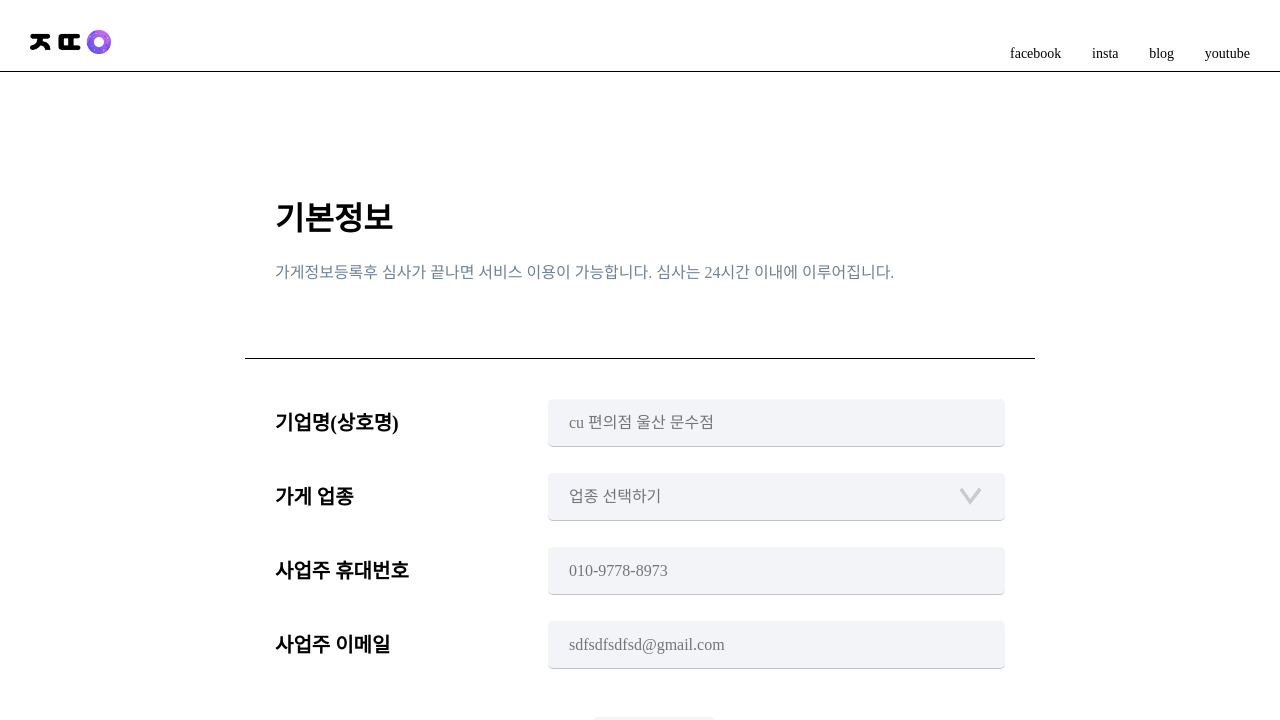
Repository: raoniee/Jaetteoli-React-Project
Page: /register/store
These files come from the project's save history. The page is drawn as it stood at one moment and after the next save; the edit follows.
The browser window is 1280 px wide. The pictures show the whole page.
An inner scrolling area shows only its first screen. Some web fonts or font styles are not loaded; a fallback is used. The project was rebuilt for these pictures with package versions that can differ from the ones it lists, and the page was loaded fresh each time. Also part of the build but not shown: src/component/main/ManageReview.module.css, src/component/main/ReviewContainer.module.css, src/component/main/ReviewItem.module.css, src/component/main/ReviewItem.js, src/component/main/ReviewContainer.js, src/component/sidebar/SideBar.module.css, src/component/sidebar/SideBar.js, src/component/main/ManageReview.js and 51 more.

Above is the page before, as saved 2023-07-06 21:29:07.

### public/index.html
<!DOCTYPE html>
<html lang="en">
<script src="//t1.daumcdn.net/mapjsapi/bundle/postcode/prod/postcode.v2.js"></script>
<head>
  <meta charset="utf-8" />
  <link rel="icon" href="%PUBLIC_URL%/favicon.ico" />
  <meta name="viewport" content="width=device-width, initial-scale=1" />
  <meta name="theme-color" content="#000000" />
  <meta name="description" content="Web site created using create-react-app" />
  <link rel="apple-touch-icon" href="%PUBLIC_URL%/logo192.png" />
  <link rel="manifest" href="%PUBLIC_URL%/manifest.json" />
  <title>재떨이</title>
</head>

<body>
  <div id="overlays"></div>
  <div id="root"></div>
</body>

</html>

### src/App.js
import Header from "./component/header/Header";
import ManageReview from "./component/main/ManageReview";
import TodayMenu from "./component/main/TodayMenu";
import TodayOrder from "./component/main/TodayOrder";
import ManageSale from "./component/main/ManageSale";

// Membership
import MembershipStart from "./component/memberShip/MembershipStart";
import MembershipInformation from "./component/memberShip/MembershipInformation";
import MembershipEnd from "./component/memberShip/MembershipEnd";

// login
import LoginStart from "./component/login/LoginStart";
import IDSearch from "./component/login/IDSearch";
import IDShow from "./component/login/IDShow";
import PasswordNew from "./component/login/PasswordNew";

import Regist1 from "./component/register/Regist1";
import Regist2 from "./component/register/Regist2";
import Regist3 from "./component/register/Regist3";

import { RouterProvider, createBrowserRouter } from "react-router-dom";
import SideBar from "./component/sidebar/SideBar";
import Home from "./component/home/Home";

const router = createBrowserRouter([
  { path: "/", element: <Home /> },
  // Membership
  { path: "/signup/agree", element: <MembershipStart /> },
  { path: "/signup/begin", element: <MembershipInformation /> },
  { path: "/signup/complete", element: <MembershipEnd /> },
  // login
  { path: "/login", element: <LoginStart /> },
  { path: "/help", element: <IDSearch /> },
  { path: "/help/complete", element: <IDShow /> },
  { path: "/help/new-pw", element: <PasswordNew /> },
  //
  { path: "/today/menu", element: <TodayMenu /> },
  { path: "/today/order", element: <TodayOrder /> },
  { path: "/review", element: <ManageReview /> },
  { path: "/sales", element: <ManageSale /> },
  { path: "/register/store", element: <Regist1 /> },
  { path: "/register/menu", element: <Regist2 /> },
  { path: "/register/origin", element: <Regist3 /> },
]);

function App() {
  return <RouterProvider router={router} />;
}

export default App;

### src/store/index.js
import React from 'react';
import { configureStore } from '@reduxjs/toolkit';
import authReducer from './auth'

export default configureStore({
    reducer: {
        auth: authReducer
    },
})

### src/component/header/Header.js
import Nav from './Nav';
import style from './Header.module.css'
import logo from '../../assets/images/logo.png'

const Header = () => {
    return (
        <header>
            <div className={style.logo}>
                <img className={style.logoImg} src={logo}></img>
            </div>
            <Nav />
        </header>
    )
}

export default Header;

### src/store/auth.js
import { createSlice } from '@reduxjs/toolkit';

const initialStateValue = { jwt: '', name: '', firstLogin: 1, menuRegister: 1 }

export const authSlice = createSlice({
    name: "auth",
    initialState: { value: { jwt: '', name: '', firstLogin: 1, menuRegister: 1 } },
    reducers: {
        login: (state, action) => {
            state.value = action.payload
        },
        logout: (state) => {
            state.value = initialStateValue
        }
    },
});

export default authSlice.reducer;
export const { login, logout } = authSlice.actions;

### src/component/header/Nav.js
import style from './Nav.module.css'

const Nav = () => {
    return(
        <nav className={style.nav}>
            <ul className={style.navList}>
                <li>facebook</li>
                <li>insta</li>
                <li>blog</li>
                <li>youtube</li>
            </ul>
        </nav>
    )
}

export default Nav;

### src/component/header/Header.module.css
header {
    font-family: "Pretendard-SemiBold";
    width: 100%;
    height: 72px;
    display: flex;
    align-items: flex-end;
    justify-content: space-between;
    padding: 10px 30px;
    box-sizing: border-box;
    position: fixed;
    top: 0;
    left: 0;
    background-color: white;
    z-index: 1;
    border-bottom: 1px solid black;
}

.logoImg {
    width: 81px;
    height: 24px;
    margin-bottom: 4px;
}

### src/component/footer/Footer.jsx
import React from "react";
import style from "./Footer.module.css";
import { ReactComponent as ArrowDown } from '../../assets/images/arrow_down.svg'

export default function Footer() {
  return (
    <footer>
      <ul className={style.top}>
        <li>이용약관</li>
        <li>개인정보처리방침</li>
        <li>
          <p>자세히</p>
          <ArrowDown></ArrowDown>
        </li>
      </ul>
      <ul className={style.bottom}>
        <li>대표번호 010-9778-8973</li>
        <li>ⓒJaetteoli Corp.</li>
      </ul>
    </footer>
  );
}

### src/component/register/RegistContainer.js
import {BrowserRouter, Routes, Route, useLocation} from 'react-router-dom';
import { Provider } from 'react-redux';
import store from './redux/store';
import styled from "styled-components";

import {useEffect, useRef} from "react";
import Header from "../header/Header";
import Footer from "../footer/Footer";

const RegistContainerStyled = styled.div`
  display: flex;
  flex-direction: column;
  position: fixed;
  top: 72px;
  height: calc(100% - 72px);
  width: 100%;
  overflow: scroll;
`

export default function RegistContainer({ children }) {
    const location = useLocation();
    const ref = useRef(null);

    useEffect(() => {
        if (ref.current) {
            ref.current.scrollTop = 0;
        }
    }, [location]);

    return (
        <Provider store={store}>
            <Header />
            <RegistContainerStyled ref={ref}>
                {children}
                <Footer />
            </RegistContainerStyled>
        </Provider>
    );
}

### src/component/header/Nav.module.css
.nav {
    font-family: "Pretendard-Regular";
    font-size: 14px;
}

.navList {
    width: 240px;
    display: flex;
    justify-content: space-between;
}

### src/component/memberShip/AgreeAlert.module.css
* {
  font-family: "Fira Sans";
  box-sizing: border-box;
}

.wrap {
  position: absolute;
  top: 50%;
  left: 50%;
  transform: translate(-50%, -50%);
  width: 771px;
  height: 568px;
}

.top {
  display: flex;
  justify-content: space-between;
  background-color: #604ef8;
  height: 55.8px;
}

.top .title {
  font-weight: 500;
  font-size: 14px;
  line-height: 55.8px;
  color: #ffffff;
  margin-left: 31px;
}

.top .close {
  margin-top: 22px;
  margin-right: 32px;
  cursor: pointer;
}

.middle {
  background: white;
  padding: 20px 30px;
}

.middle .information ul {
  display: flex;
  margin-bottom: 15px;
}

.middle .information ul li {
  font-weight: 500;
  font-size: 13px;
  line-height: 15.6px;
}

.middle .information ul li:nth-child(1) {
  flex-grow: 15;
}
.middle .information ul li:nth-child(2) {
  text-align: right;
  flex-grow: 1;
}
.middle .information ul li:nth-child(3) {
  text-align: right;
  flex-grow: 1;
}

.middle .information p {
  padding: 10px 7px;
  height: 360.97px;
  font-weight: 400;
  font-size: 11px;
  line-height: 13.2px;
  border: 1px solid #dadada;
  overflow-y: scroll;
}

.bottom {
  position: relative;
  height: 82px;
  background-color: #f6f6f6;
}

.bottom button {
  position: absolute;
  bottom: 21px;
  right: 30.5px;
  width: 97.5px;
  height: 31px;
  border: 1px solid #604ef8;
  border-radius: 5px;
  cursor: pointer;
}

### src/component/footer/Footer.module.css
footer {
  height: 71px;
  font-weight: 300;
  font-size: 13px;
  line-height: 14.3px;
}

footer ul {
  display: flex;
}

.top {
  width: 220px;
  gap: 14px;
  margin: 18px auto 20px auto;
}

.top li {
  display: flex;
}

.top li p {
  margin-right: 10px;
}

.bottom {
  width: 261px;
  gap: 18px;
  margin: 0 auto;
}

### src/component/register/redux/store.js
import { createStore } from 'redux';
import counterReducer from './counterReducer';

const store = createStore(counterReducer);

export default store;

### src/component/register/redux/actionTypes.js

export const STORE_INFO = 'storeInfo';

export const MENU_INFO = 'menuInfo';

export const ORIGIN_INFO = 'originInfo';

### src/component/register/redux/counterReducer.js
import { STORE_INFO, MENU_INFO, ORIGIN_INFO } from './actionTypes';

const initialStoreInfo = {
    companyName: '',
    businessType: '',
    ownerPhoneNumber: '',
    ownerEmail: '',
    businessRegistrationCertificate: '',
    salespersonRegistrationCertificate: '',
    bankStatementCopy: '',
    operatingHours: '',
    closingDays: '',
    storePhoneNumber: '',
    storeAddress: {
        postalCode: '',
        buildingAddress: '',
        detailAddress: '',
    },
    storeLogo: '',
    storeSignboardPhoto: ''
}

const initialMenuInfo = {
    menus: [
        {
            name: '',
            price: 0,
            ingredients: '',
            description: '',
            photo: ''
        }
    ],
    sideMenus: [
    {
        name: '',
        price: 0,
        ingredients: '',
        description: '',
        photo: ''
    }
    ]
}

const initialOriginInfo = {
    products: [
        {
            name: '',
            origin: '',
            foodName: ''
        }
    ]
};


const initialState = {
    STORE_INFO: initialStoreInfo,
    MENU_INFO: initialMenuInfo,
    ORIGIN_INFO: initialOriginInfo
};

export default function counterReducer(state = initialState, action) {
    const { type, ...data } = action;
    switch (type) {
        case STORE_INFO:
            return {
                ...state, STORE_INFO: { ...state.STORE_INFO, ...data } };
        case MENU_INFO:
            return { ...state, MENU_INFO: { ...state.MENU_INFO, ...data } };
        case ORIGIN_INFO:
            return { ...state, ORIGIN_INFO: { ...state.ORIGIN_INFO, ...data } };
        default:
            return state;
    }
}

Loaded but not shown: src/index.js (common file); src/index.css (common file); src/component/register/Regist1.js (717 lines, source omitted)

After the next save:
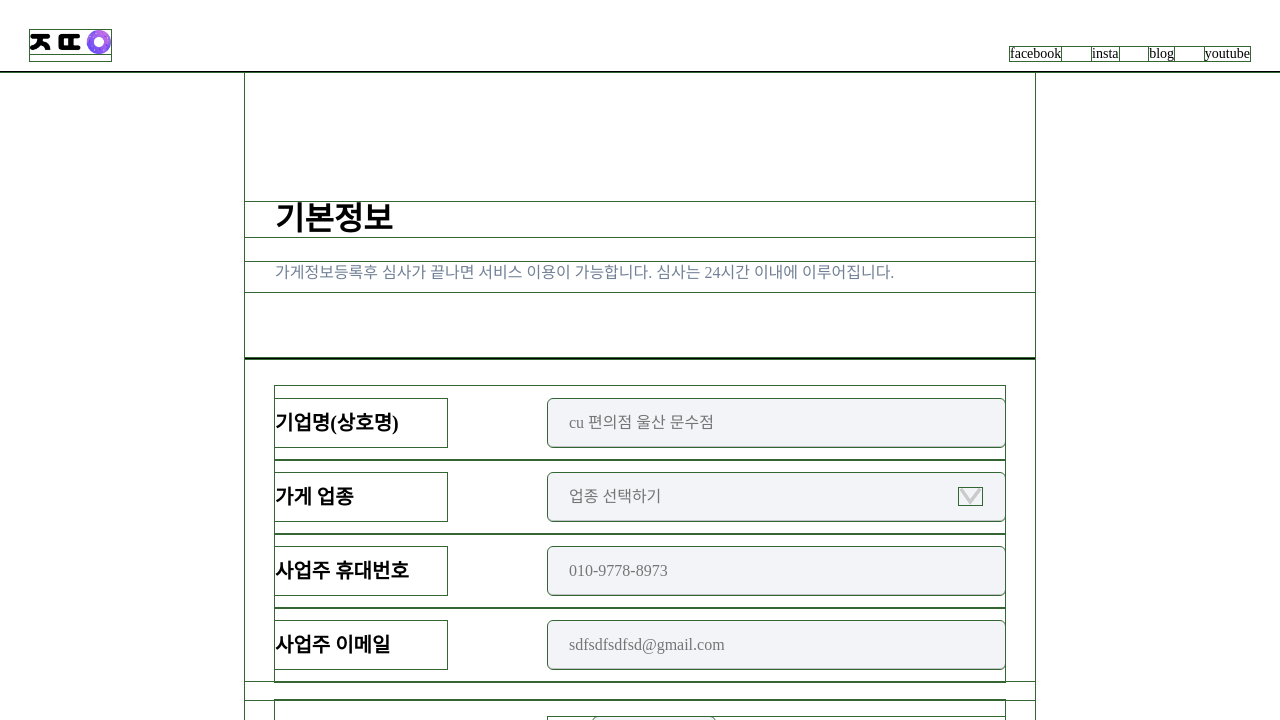
Saved 16 s later.
--- a/src/component/footer/Footer.module.css
+++ b/src/component/footer/Footer.module.css
@@ -1,3 +1,6 @@
+* {
+  outline: 1px solid #363;
+}
 footer {
   height: 71px;
   font-weight: 300;

After the 2 saves that followed:
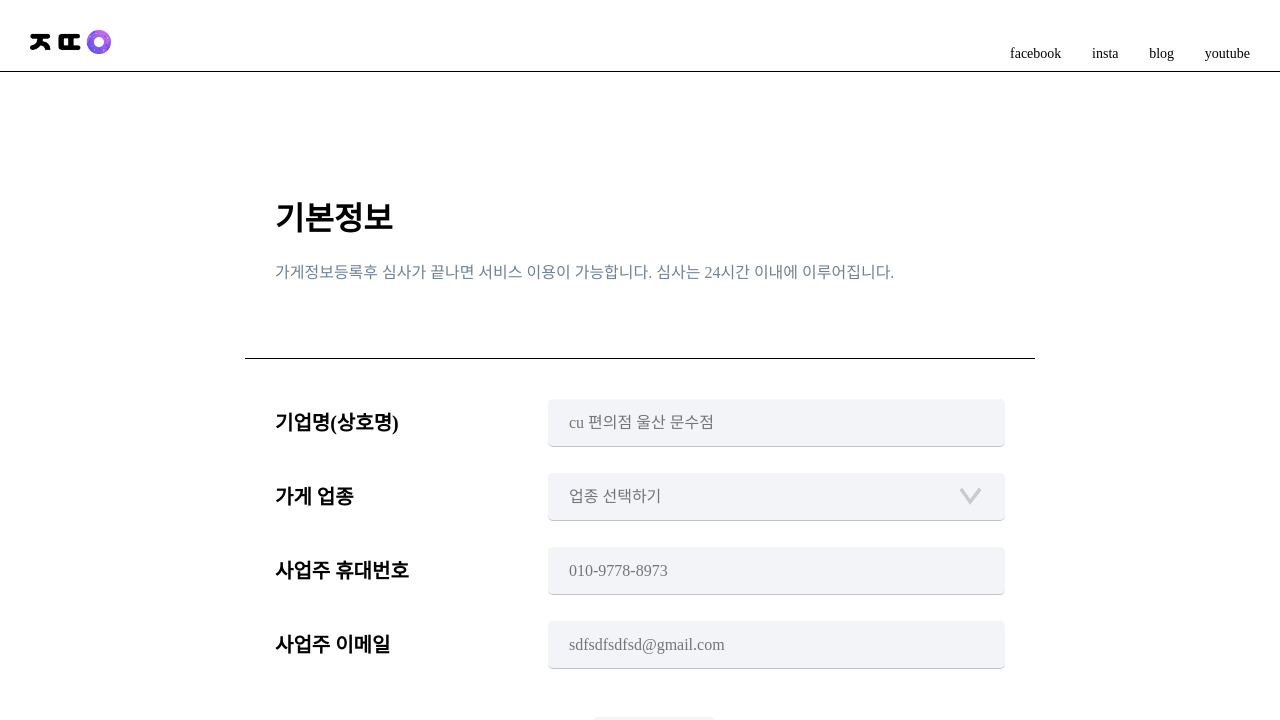
The 2 saves are shown as one change because 1 left the picture as it was.
The last was saved 56 s later.
--- a/src/component/footer/Footer.module.css
+++ b/src/component/footer/Footer.module.css
@@ -1,6 +1,7 @@
-* {
+/* * {
   outline: 1px solid #363;
-}
+} */
+
 footer {
   height: 71px;
   font-weight: 300;
@@ -15,7 +16,7 @@
 .top {
   width: 220px;
   gap: 14px;
-  margin: 18px auto 20px auto;
+  margin: 0 auto;
 }
 
 .top li {
